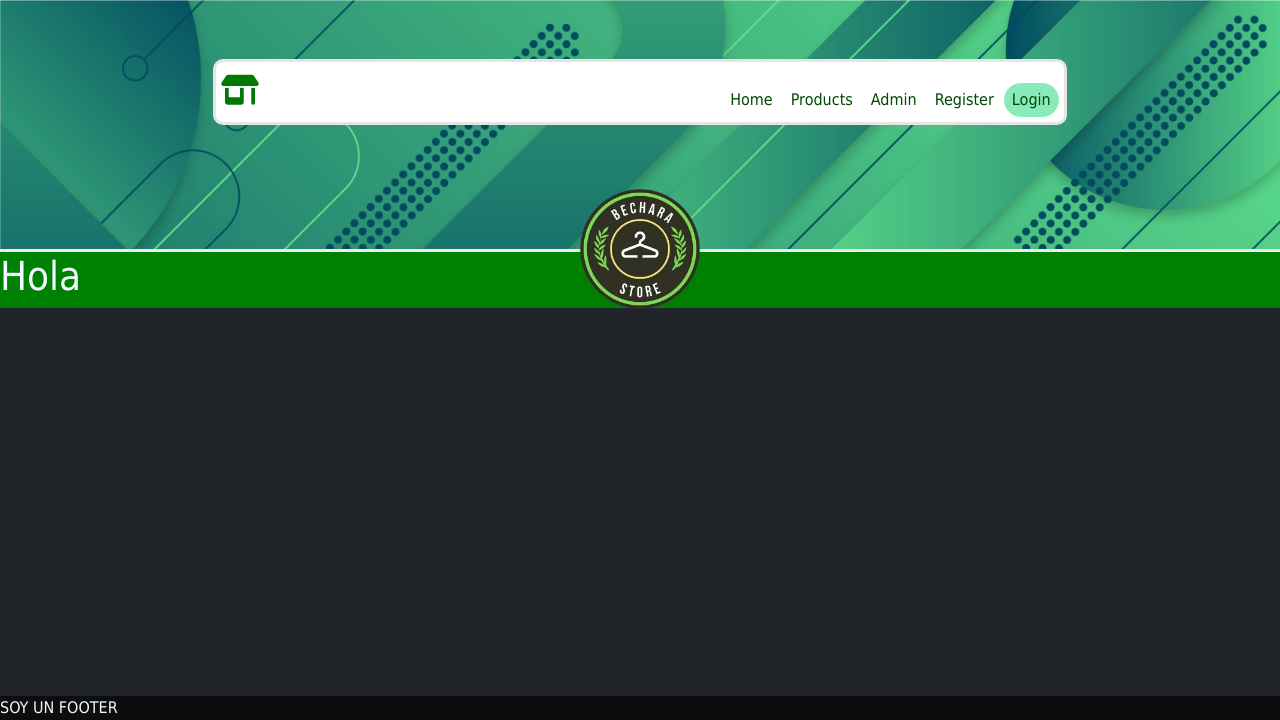
Repository: bechara611/becharastore
Page: /auth
An editor plug-in stored every save of this project. The page is shown before and after the next save, followed by the edit.
The browser window is 1280 px wide. The pictures show the whole page.
The project was rebuilt for these pictures with package versions that can differ from the ones it lists, and the page was loaded fresh each time. Also part of the build but not shown: src/Auth/components/Register.jsx.

Above is the page before, as saved 2023-01-27 15:17:34.

### public/index.html
<!DOCTYPE html>
<html lang="en">
  <head>
    <meta charset="utf-8" />
    <link rel="icon" href="%PUBLIC_URL%/favicon.ico" />
    <meta name="viewport" content="width=device-width, initial-scale=1" />
    <meta name="theme-color" content="#000000" />
    <meta
      name="description"
      content="Web site created using create-react-app"
    />
    <link rel="apple-touch-icon" href="%PUBLIC_URL%/logo192.png" />
    <link rel="preconnect" href="https://fonts.googleapis.com">
    <link rel="stylesheet" href="https://cdnjs.cloudflare.com/ajax/libs/font-awesome/6.2.1/css/all.min.css" integrity="sha512-MV7K8+y+gLIBoVD59lQIYicR65iaqukzvf/nwasF0nqhPay5w/9lJmVM2hMDcnK1OnMGCdVK+iQrJ7lzPJQd1w==" crossorigin="anonymous" referrerpolicy="no-referrer" />
<link rel="preconnect" href="https://fonts.gstatic.com" crossorigin>
<link rel="preconnect" href="https://fonts.googleapis.com">
<link rel="preconnect" href="https://fonts.gstatic.com" crossorigin>
<link href="https://fonts.googleapis.com/css2?family=Montserrat:ital,wght@0,100;0,200;0,300;0,400;0,500;0,600;0,700;0,800;0,900;1,100;1,200;1,300;1,500;1,700;1,800;1,900&family=Shadows+Into+Light&display=swap" rel="stylesheet">
    <!--
      manifest.json provides metadata used when your web app is installed on a
      user's mobile device or desktop. See https://developers.google.com/web/fundamentals/web-app-manifest/
    -->
    <link rel="manifest" href="%PUBLIC_URL%/manifest.json" />
    <!--
      Notice the use of %PUBLIC_URL% in the tags above.
      It will be replaced with the URL of the `public` folder during the build.
      Only files inside the `public` folder can be referenced from the HTML.

      Unlike "/favicon.ico" or "favicon.ico", "%PUBLIC_URL%/favicon.ico" will
      work correctly both with client-side routing and a non-root public URL.
      Learn how to configure a non-root public URL by running `npm run build`.
    -->

<link href="https://cdn.jsdelivr.net/npm/bootstrap@5.2.3/dist/css/bootstrap.min.css" rel="stylesheet" >


  </head>
  <body>
    <noscript>You need to enable JavaScript to run this app.</noscript>
    <div id="root"></div>
    <!--
      This HTML file is a template.
      If you open it directly in the browser, you will see an empty page.

      You can add webfonts, meta tags, or analytics to this file.
      The build step will place the bundled scripts into the <body> tag.

      To begin the development, run `npm start` or `yarn start`.
      To create a production bundle, use `npm run build` or `yarn build`.
    -->
    <script src="https://cdn.jsdelivr.net/npm/bootstrap@5.2.3/dist/js/bootstrap.bundle.min.js" integrity="sha384-kenU1KFdBIe4zVF0s0G1M5b4hcpxyD9F7jL+jjXkk+Q2h455rYXK/7HAuoJl+0I4" crossorigin="anonymous"></script>
  </body>

</html>

### src/index.js
import React from 'react';
import ReactDOM from 'react-dom/client';
import './index.css';
import {App} from './App';
import { BrowserRouter } from 'react-router-dom';
import 'animate.css';

const root = ReactDOM.createRoot(document.getElementById('root'));
root.render(
    <BrowserRouter>
    <App />
    </BrowserRouter>
);

### src/index.css

:root {
    --verde1: rgb(2, 74, 2);
    --verde2:rgb(1, 120, 1);
    --verde3:rgb(23, 215, 119,.5);
  }


*{
    color: aliceblue;
    /* font-family: 'Montserrat', sans-serif; */
    font-family: 'Droid Sans', Tahoma, Geneva, Verdana, sans-serif;

}

.fondito{
    background: red;
}
.fondito2{
    background: purple;
}

### src/App.jsx
import React from 'react'
import { Caparazon } from './UI/Components/Caparazon'
import { ContenedorPrincipal } from './UI/Components/ContenedorPrincipal'
import { Header } from './UI/Components/Header'
import { Footer } from './UI/Components/Footer'
import { MainCuerpo } from './UI/Components/MainCuerpo'
export const App = () => {
  return (
    <>
      {/*Primero el caparazon de la pagina, que es un div que tiene un 100vh de altura, el cual en el obtiene a sus children:
    esto children son el Header ocupando el 30vh y el Contenedor Principal ocupando el 70vh restante.
  */}
      <Caparazon>
        <Header></Header>
        <ContenedorPrincipal> {/*El contenedor principal a su vez lleva sus hijos dos elementos, el footer que le pusimos absolute para ubicarlo de ultimo y el MainCuerpo que tienes las rutas */}
          <MainCuerpo></MainCuerpo>{/*Este MainCuerpo tiene las rutas de la aplicacion, es el main de la pagina y lo que va a cambiar dependiendo donde estemos */}


          <Footer></Footer>  {/*Este es el footer que utilizamos para el pie de pagina, tiene posicion absolute como dije anteriormnete */}
        </ContenedorPrincipal>


      </Caparazon>
    </>

  )
}

### src/UI/Components/Caparazon.jsx
import React from 'react'
import './Caparazon.css'
export const Caparazon = ({ children }) => {
    return (
        <>
{/*Caparazon princiapal donde el mismo tiene un flex en colum, adentro tiene sus hijos que son un div que
ocupe el 70vh donde eesta todo lo demas y el 30vh primero es del header */}
            <div className='caparazonPrincipal bg-dark'>

                {children}

            </div>
        </>
    )
}

### src/UI/Components/ContenedorPrincipal.jsx
import React from 'react'
import './ContenedorPrincipal.css'
export const ContenedorPrincipal = ({ children }) => {
  return (
    <div className='ContenedorPrincipal'>
    {/*Aca de hijos tendran las rutas para verse en el medio y el footer, este tiene un position relative para que su hijo footer pueda
  ubicarse en la parte de abajo */}
      {children}
    </div>
  )
}

### src/UI/Components/Header.jsx
import React from 'react'
import './Header.css'
import { MenuNavbar } from './MenuNavbar'
import brand from './../../img/brand2.png'


export const Header = () => {
  return (
    <>
      {/*El header ocupa el 30vh de la pagina, el primer div lo tiene, aca se incorpora el nav y el logo. */}
      <div className="header">
        <div className="col-12">


          <MenuNavbar></MenuNavbar>
          <div className="row">
            <div className="col-12 filaLogoHeader">
              <img src={brand} className='brand animate__animated animate__flip' id='brand' alt="brand" />

            </div>
          </div>

        </div>

      </div>



    </>
  )
}

### src/UI/Components/Footer.jsx
import React from 'react'
import './Footer.css'
export const Footer = () => {
  return (
    <>
    {/*Aca este footer le estamos colocando una posicion absolute y a su padre relativa para poder ubicarlo al final de su div padre */}
    <div className="footer col-12">SOY UN FOOTER</div>
    </>

  )
}

### src/UI/Components/MainCuerpo.jsx
import React from 'react'
import { RouterApp } from '../../router/Routes'
import './MainCuerpo.css'

export const MainCuerpo = () => {

  return (
    <>
    {/*Aca se guardan las rutas como tal de la aplicacion y es llamado adentro de contenedorPrincipal */}
    <RouterApp></RouterApp>
    </>
    )
}

### src/UI/Components/Caparazon.css
/*Estilos del caparazon como tal principal*/
    /*Aca colocamos que el caparazonPrincipal ocupa toda la pantalla, y una direccion en column para que el header sea de 30vh y el resto el otro div  */
.caparazonPrincipal{
    display: flex;
    flex-direction: column;
    justify-content: space-between;
    min-height: 100vh;

}

### src/UI/Components/ContenedorPrincipal.css
/*Aca al contenedor ponemos positionRelative para que el footer pueda tener una posicion absoluta y se pueda posicionar al final*/
.ContenedorPrincipal{
    min-height: 65vh;

    position: relative;
}

### src/UI/Components/Header.css
.header {
    display: flex;
    background: rgb(157, 240, 194) url("./../../img/Header2.jpg");
    background-color: rgb(18, 18, 18);
    background-repeat: no-repeat;
    background-attachment: fixed;
    background-size: cover;
    background-position: top center;
    min-height: 30%;
    height: 35vh;
    max-height: 35vh;
    width: 100%;
    min-width: 100%;
    position: relative;
    border-bottom: 3px solid rgb(244, 233, 233);
}

/*Aca estoy posicion en el medio el logo como tal del header y luego abajo le pongo una posicion absolute para moverlo*/
.filaLogoHeader {
    display: flex;
    flex-direction: row;
    justify-content: center;

}

.brand {
    width: 150px;
    height: 150px;
    max-height: 150px;
    max-width: 150px;
    min-height: 150px;
    position: absolute;
    bottom: -30%;
  z-index: 1000;

}

/*?RESPONSIVE*/


@media(max-width:500px){

    .brand {
        width: 120px;
        height:120px;
        max-height: 120px;
        max-width: 120px;
        min-height: 120px;
        position: absolute;
        bottom: 0%;

    }
}

### src/UI/Components/MenuNavbar.jsx
import React from 'react'
import { NavLink } from 'react-router-dom';
import { Animacionlogo } from '../helper/AnimacionAlLogo';
import './MenuNavbar.css'

export const MenuNavbar = () => {
    return (
        <>
            {/**Aca va el navBar de la aplicacion que tendra el menu */}
            <div className="col-12 contenedor-nav">
                <nav className="navbar navbar-expand-md  menunav col-8 ">


                  <NavLink to={'/'}> <i className="fa-solid fa-shop marca"></i></NavLink>


                    <button
                        className="navbar-toggler"
                        type="button"
                        data-bs-toggle="collapse"
                        data-bs-target="#navbarNavAltMarkup"
                        aria-controls="navbarNavAltMarkup"
                        aria-expanded="false"
                        aria-label="Show / Hide Menu"
                    >
                        <span className="navbar-toggler-icon"></span>
                    </button>
                    <div className="collapse navbar-collapse mt-3" id="navbarNavAltMarkup">
                        <div className="navbar-nav col-12  contenedor-interno-nav">
                            <NavLink className={ ({isActive}) => `nav-item nav-link  ${ isActive ? 'activeLink':'' }` } to={'/'} onClick={()=>Animacionlogo()}>
                            Home</NavLink>

                            <NavLink className={ ({isActive}) => `nav-item nav-link  ${ isActive ? 'activeLink':'' }` } to={'/Products'} onClick={()=>Animacionlogo()}>Products</NavLink>
                            <NavLink className={ ({isActive}) => `nav-item nav-link  ${ isActive ? 'activeLink':'' }` } to={'/admin'} onClick={()=>Animacionlogo()}>Admin</NavLink>
                            <NavLink className={ ({isActive}) => `nav-item nav-link  ${ isActive ? 'activeLink':'' }` } to={'/Register'} onClick={()=>Animacionlogo()}>Register</NavLink>
                            <NavLink className={ ({isActive}) => `nav-item nav-link   ${ isActive ? 'activeLink':'' }` } to={'/auth'} onClick={()=>Animacionlogo()}>Login</NavLink>
                            </div>
                    </div>
                </nav>
            </div>
        </>
    )
}

### src/UI/Components/Footer.css
.footer{
    background: rgb(13, 13, 14);
    position: absolute;
    bottom: 0%;

}

### src/router/Routes.jsx
import React from 'react'
import { Navigate, Route, Routes } from 'react-router-dom'
import { Login } from '../Auth/components/Login'
import { Register } from '../Auth/components/Register'

/*Este componente es nuestro router, que segun la URL donde estemos mostrada:
1) Una pagina Home
2) Pagina de registro
3) Pagina de login
4) Pagina de Productos
*/

export const RouterApp = () => {
  return (
    <Routes>
    <Route path='/' element={<h1>Home</h1>}></Route>
    <Route path='/auth' element={<Login></Login>}></Route>
    <Route path='/Register' element={<Register></Register>}></Route>
    <Route path='/Products' element={<h1>Productos</h1>}></Route>
    <Route path='/admin' element={<h1>Admin</h1>}></Route>
    <Route path='/*' element={<Navigate to={'/'}></Navigate>}></Route>
    </Routes>
  )
}

### src/UI/helper/AnimacionAlLogo.js
export const Animacionlogo=()=>{
    const elemento= document.getElementById('brand');
    elemento.classList.remove('animate__flip')

    setTimeout(() => {
     elemento.classList.add('animate__flip')
    }, 200);
    return true;
}

### src/UI/Components/MenuNavbar.css
.contenedor-nav {
    position: fixed;
    display: flex;
    flex-direction: row;
    justify-content: center;
    align-self: center;
    align-items: center;
    position: absolute;
    bottom: 50%;
    z-index: 2;

}
.marca{
 font-size: 30px;
 color: black;
 color: var(--verde2);
 padding-right: 10px;

}

.menunav {
    background: rgba(255, 255, 255, 1);
    border-radius: 10px;
    padding: 5px;
    border: 3px solid rgba(205, 204, 200, 0.5);
    flex-wrap: wrap;
    display: flex;

}

/*Esta parte es el contenedor que tiene el navbar de los navLink es decir, menu como tal.
Estoy diciendo que normalmente estaran a la derecha.
*/
.contenedor-interno-nav {
    display: flex;
    flex-direction: row;
    justify-content: flex-end;
    flex-wrap: wrap;

}
/*Diseno a los links como tal*/
.nav-link{
    margin-left: 2px;
    color: var(--verde1);
    font-weight: 400;
    background: rgb(44, 232, 138,0);
    border-radius: 30px;
    padding: 5px;

}
.nav-link:hover{
   color: var(--verde2)

}
.activeLink{  background: var(--verde3);
    border-radius: 30px;}

/**-----------------------------------------------------------------------------*/

/*?RESPONSIVE*/

/*Para este apartado cuando llegue a cierto tamaño como tal el nav se pondra mas abajo para que al darle al boton se abra y se pueda apreciar y no quede muy arriba*/
@media(max-width:500px) {
    .contenedor-nav {
       position: sticky;

    }
    /*Aca haces que el navBar tenga todo el tamaño al llegar a dispositivos pequeños*/
    .menunav {
        width: 100%;

    }
}

/*SERIE DE RESPONSIVES A LOS PADDING DE LAS OPCIONES DEL MENU*/

@media(max-width:375px){
    .nav-link{
        margin-left: 5px;
    }
}

@media(max-width:262px){
    .nav-link{
        margin-left: 10px;
    }
    .menunav{
        justify-content: center;
        text-align: center;
        align-items: center;
        align-self: center;
    }
}

/*Necesidad de que el nav el menu se pongan o separados o uno debajo del otro cuando se active el boton del collapse*/
@media(max-width:992px) {
    .contenedor-interno-nav {
        justify-content: space-around;
    }
}

### src/Auth/components/Login.jsx
import React from 'react'
import './Login.css'
export const Login = () => {
  return (
    <>
    <div className="contenedor-login col-12">
    <h1>Hola</h1>

    </div>
    </>
  )
}

### src/Auth/components/Login.css
.contenedor-login{
    display: flex;
    height: 100%;
    background: green;
    min-height: 100%;
    width: 100%;
    min-width: 100%;
}

Loaded but not shown: src/UI/Components/MainCuerpo.css (no stored copy; drawn as an empty file)

After the next save:
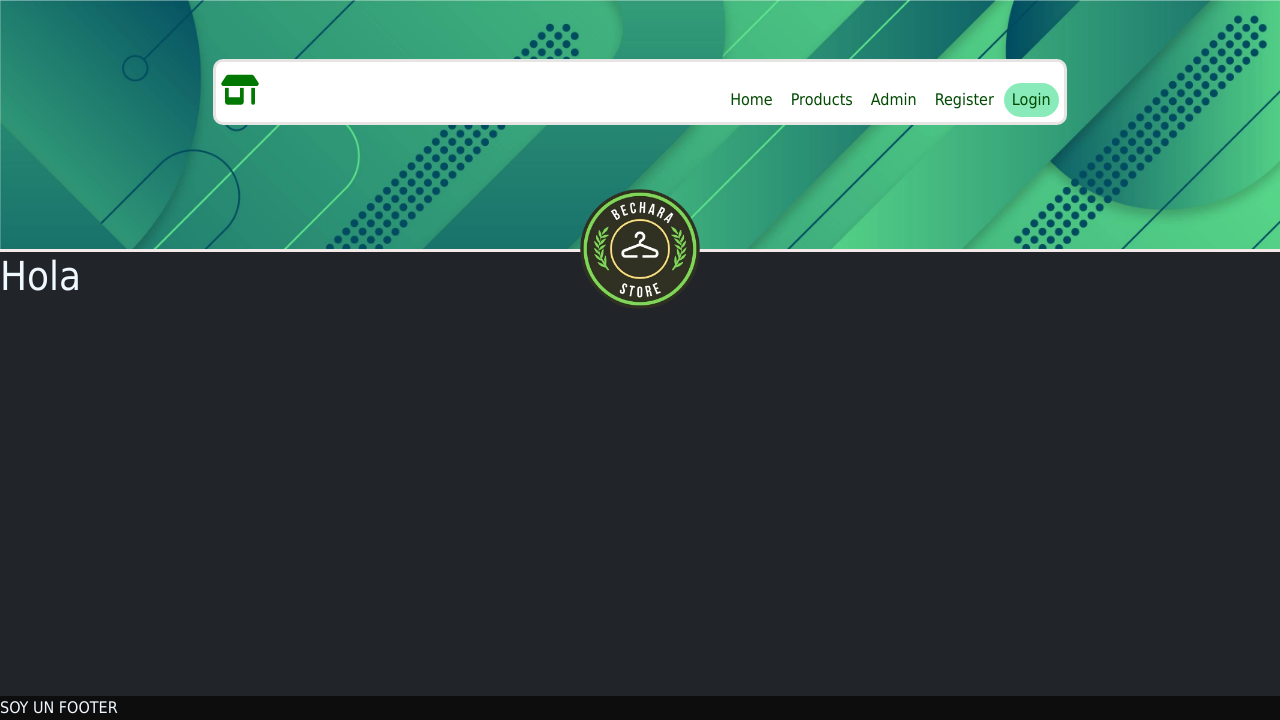
Saved 9 s later.
--- a/src/Auth/components/Login.css
+++ b/src/Auth/components/Login.css
@@ -1,8 +1,3 @@
 .contenedor-login{
-    display: flex;
-    height: 100%;
-    background: green;
-    min-height: 100%;
-    width: 100%;
-    min-width: 100%;
+
 }
